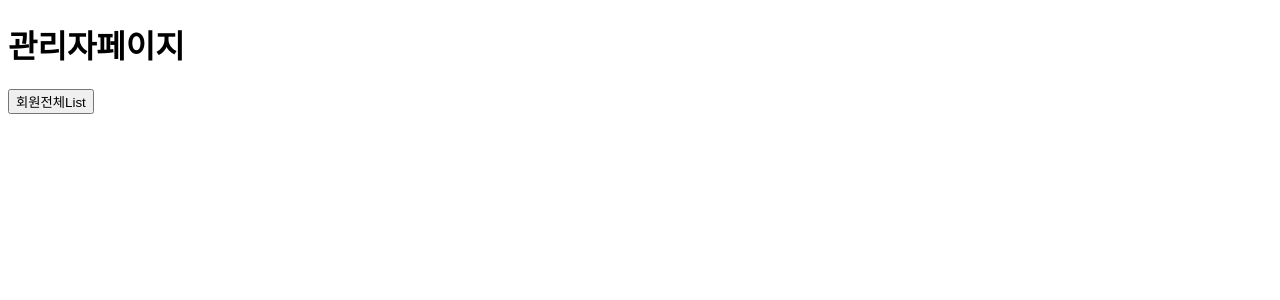
Repository: yangone8249/jsp_project
Page: http://localhost/jsp_project/member/admin.jsp
These files come from the project's save history. The page is drawn as it stood at one moment and after the next save; the edit follows.
The browser window is 1280 px wide. The pictures show the whole page.
The page is served by Tomcat 9. Other server files are loaded and not shown.

Above is the page before, as saved 2023-05-15 06:37:48.

### jsp_project2/jsp_project/src/main/webapp/member/admin.jsp
<%@ page language="java" contentType="text/html; charset=UTF-8"
    pageEncoding="UTF-8"%>
<!DOCTYPE html>
<html>
<head>
<meta charset="UTF-8">
<title>관리자 페이지</title>
</head>
<body>
	<h1>관리자페이지</h1>
	<a href="/mem/list"><button type="button">회원전체List</button> </a>
</body>
</html>

After the next save:
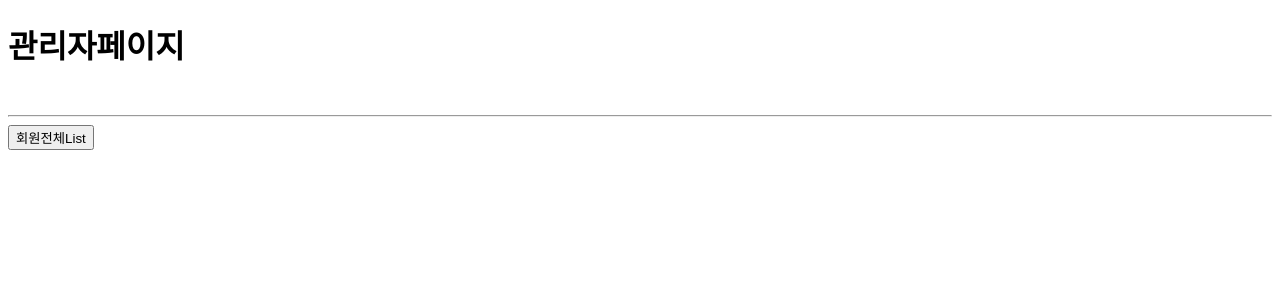
Saved 8 s later.
--- a/jsp_project2/jsp_project/src/main/webapp/member/admin.jsp
+++ b/jsp_project2/jsp_project/src/main/webapp/member/admin.jsp
@@ -7,7 +7,7 @@
 <title>관리자 페이지</title>
 </head>
 <body>
-	<h1>관리자페이지</h1>
+	<h1>관리자페이지</h1><br><hr>
 	<a href="/mem/list"><button type="button">회원전체List</button> </a>
 </body>
 </html>
